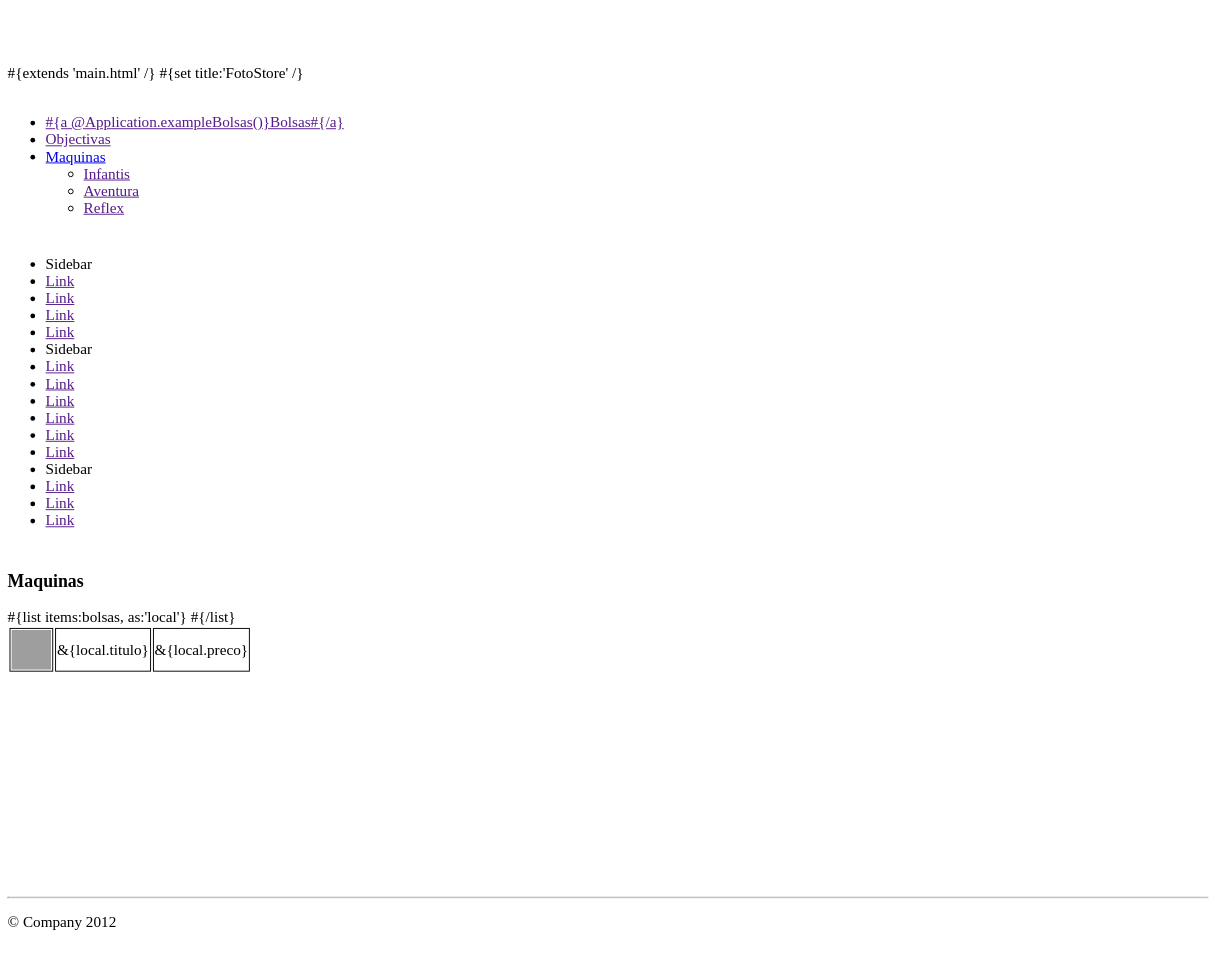
Repository: joaoA/webStore
Page: fotoStore/app/views/Application/exampleAventura.html
These files come from the project's save history. The page is drawn as it stood at one moment and after the next save; the edit follows.
The browser window is 1280 px wide. The pictures show the whole page, at 95% of full size.
Pictures or frames that could not be fetched are drawn as grey boxes.

Above is the page before, as saved 2012-12-17 15:34:41.

After the next save:
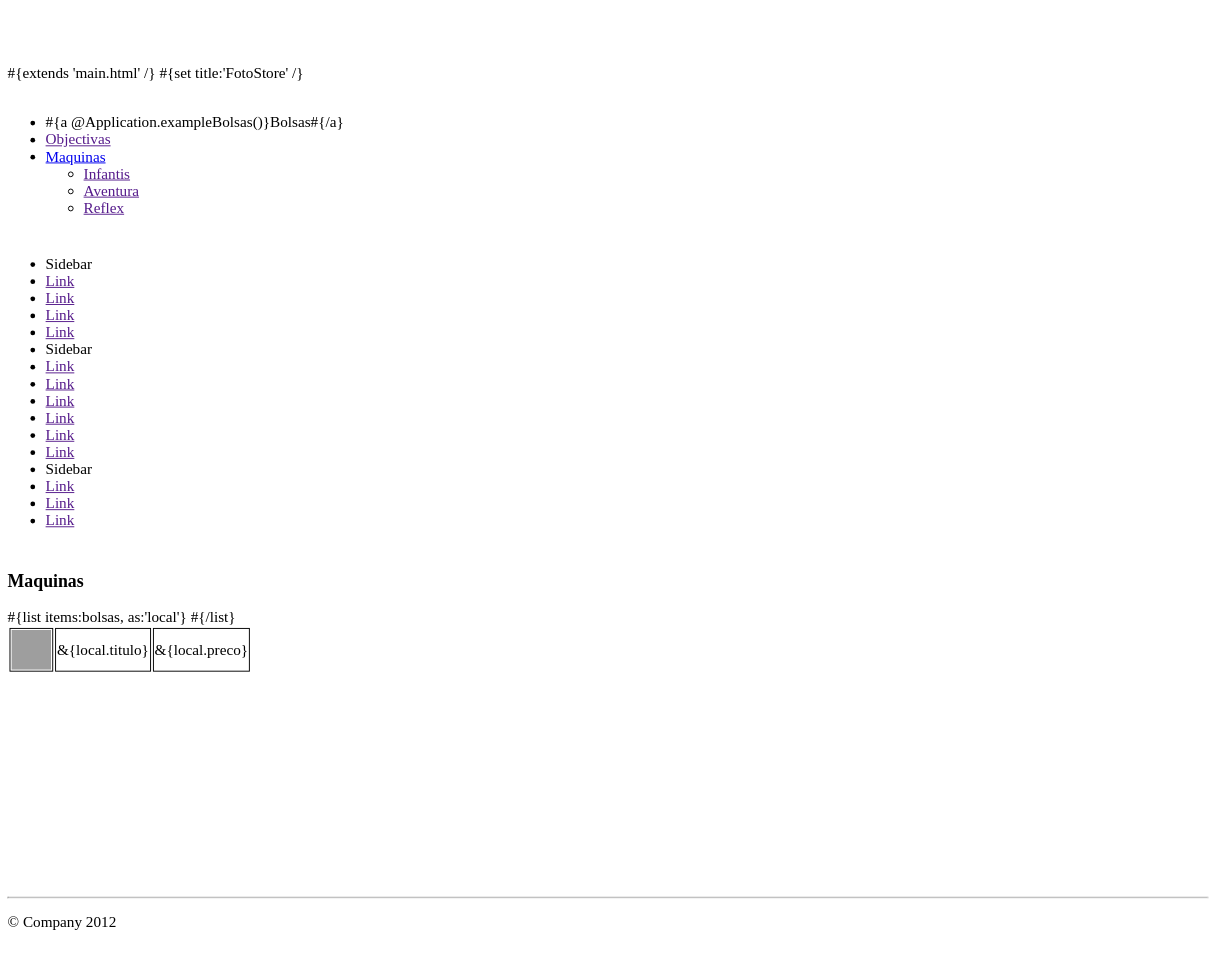
Saved 28 s later.
--- a/fotoStore/app/views/Application/exampleAventura.html
+++ b/fotoStore/app/views/Application/exampleAventura.html
@@ -25,7 +25,7 @@
             <ul class="nav">
               <li style="color:#FFFFFF;">#{a @Application.index()}HOME#{/a}</li>
               <!--<li class="active"><a href="#">Home</a></li>-->
-              <li><a href="">#{a @Application.exampleBolsas()}Bolsas#{/a}</a></li>
+              <li>#{a @Application.exampleBolsas()}Bolsas#{/a}</li>
               <li><a href="">Objectivas</a></li>
                <li class="dropdown">
                 <a href="#" class="dropdown-toggle" data-toggle="dropdown">Maquinas<b class="caret"></b></a>
